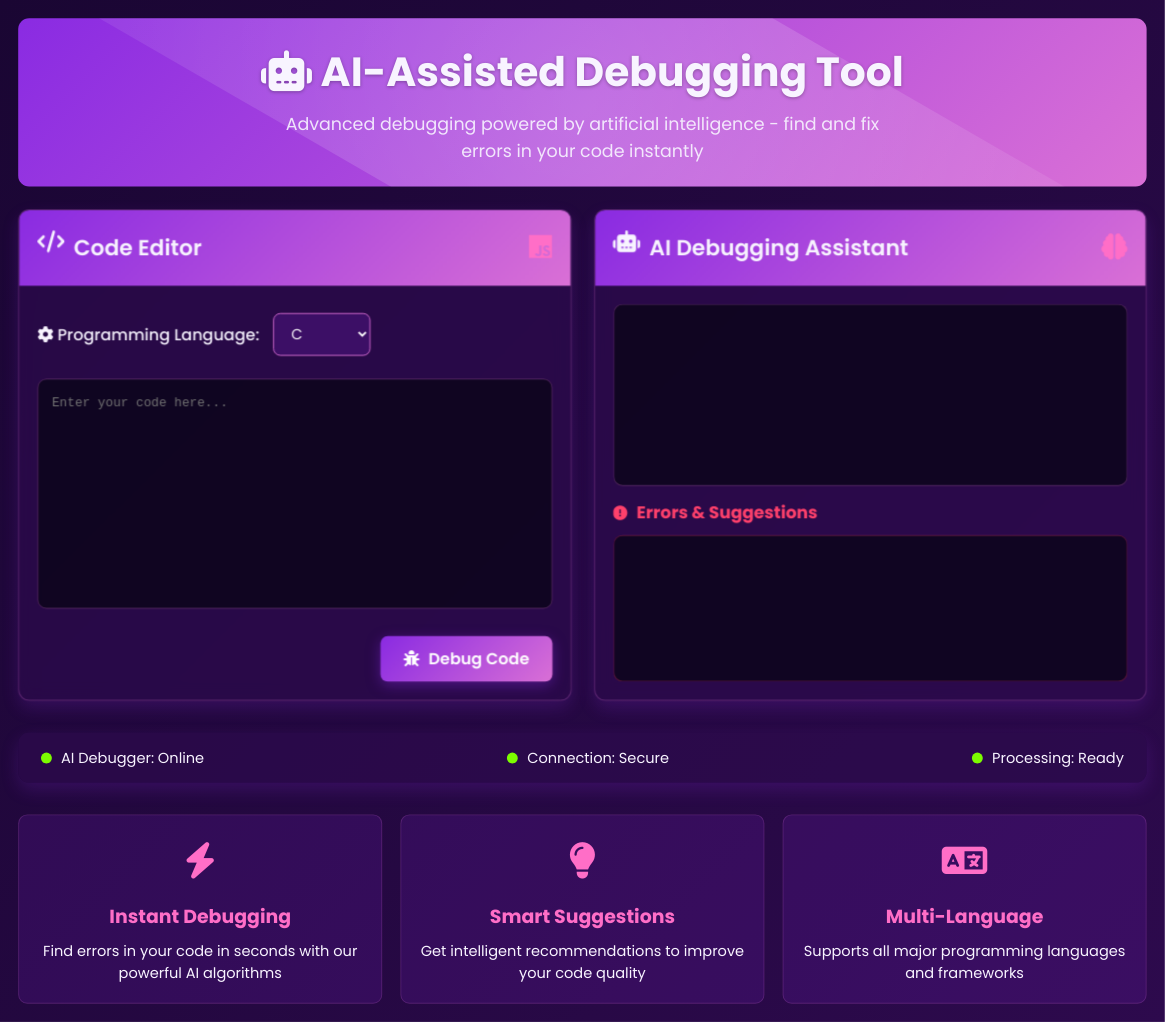
Repository: ujjwalkathait/AI-Asissted_Debugging_tool
Page: Frontend/public/index.html
These files come from the project's save history. The page is drawn as it stood at one moment and after the next save; the edit follows.
The browser window is 1280 px wide. The pictures show the whole page, at 91% of full size.

Above is the page before, as saved 2025-07-13 22:51:04.

### Frontend/public/index.html
<!DOCTYPE html>
<html lang="en">
<head>
    <meta charset="UTF-8">
    <meta name="viewport" content="width=device-width, initial-scale=1.0">
    <title>AI-Assisted Debugging Tool</title>
    <link href="https://fonts.googleapis.com/css2?family=Poppins:wght@300;400;500;600;700&display=swap" rel="stylesheet">
    <link rel="stylesheet" href="https://cdnjs.cloudflare.com/ajax/libs/font-awesome/6.4.0/css/all.min.css">
    <link rel="stylesheet" href="style.css">
</head>
<body>
    <div class="container">
        <header>
            <h1><i class="fas fa-robot"></i> AI-Assisted Debugging Tool</h1>
            <p>Advanced debugging powered by artificial intelligence - find and fix errors in your code instantly</p>
        </header>

        <div class="main-content">
            <div class="panel">
                <div class="panel-header">
                    <div class="panel-title">
                        <i class="fas fa-code floating"></i>
                        <span>Code Editor</span>
                    </div>
                    <div class="language-icon">
                        <i class="fab fa-js"></i>
                    </div>
                </div>
                <div class="panel-body">
                    <div class="editor-container">
                        <div class="language-selector">
                            <label for="language-select"><i class="fas fa-cog"></i> Programming Language:</label>
                            <select id="language-select">
                                <option>C</option>
                                <option>C++</option>
                                <option>Python</option>
                                <option>Java</option>
                            </select>
                        </div>
                        <textarea class="code-editor" id="code-input" placeholder="Enter your code here..."></textarea>
                        <button class="debug-btn" id="debug-button">
                            <i class="fas fa-bug"></i> Debug Code
                        </button>
                    </div>
                </div>
            </div>

            <div class="panel">
                <div class="panel-header">
                    <div class="panel-title">
                        <i class="fas fa-robot floating"></i>
                        <span>AI Debugging Assistant</span>
                    </div>
                    <div class="language-icon">
                        <i class="fas fa-brain"></i>
                    </div>
                </div>
                <div class="panel-body">
                    <div class="output-container">
                        <div class="ai-output" id="debug-output">
</div>

                        <div class="error-container">
                            <div class="error-header">
                                <i class="fas fa-exclamation-circle"></i>
                                <h3>Errors & Suggestions</h3>
                            </div>
                            <div class="error-box" id="error-output"></div>
                        </div>
                    </div>
                </div>
            </div>
        </div>

        <div class="status-bar">
            <div class="status-item">
                <div class="status-indicator"></div>
                <span>AI Debugger: Online</span>
            </div>
            <div class="status-item">
                <div class="status-indicator"></div>
                <span>Connection: Secure</span>
            </div>
            <div class="status-item">
                <div class="status-indicator"></div>
                <span>Processing: Ready</span>
            </div>
        </div>

        <div class="feature-grid">
            <div class="feature-card">
                <div class="feature-icon">
                    <i class="fas fa-bolt"></i>
                </div>
                <h3>Instant Debugging</h3>
                <p>Find errors in your code in seconds with our powerful AI algorithms</p>
            </div>
            <div class="feature-card">
                <div class="feature-icon">
                    <i class="fas fa-lightbulb"></i>
                </div>
                <h3>Smart Suggestions</h3>
                <p>Get intelligent recommendations to improve your code quality</p>
            </div>
            <div class="feature-card">
                <div class="feature-icon">
                    <i class="fas fa-language"></i>
                </div>
                <h3>Multi-Language</h3>
                <p>Supports all major programming languages and frameworks</p>
            </div>
        </div>
    </div>

    <script src="script.js"></script>
</body>
</html>

### Frontend/public/style.css
:root {
    --primary: #8A2BE2;
    --secondary: #DA70D6;
    --accent: #FF6EC7;
    --dark: #2D0A4D;
    --light: #F8F4FF;
    --text: #4A2A7C;
    --success: #7CFC00;
    --error: #FF416C;
    --border-radius: 12px;
    --transition: all 0.3s ease;
    --box-shadow: 0 8px 20px rgba(138, 43, 226, 0.2);
    --gradient: linear-gradient(135deg, var(--primary), var(--secondary));
}

* {
    margin: 0;
    padding: 0;
    box-sizing: border-box;
    font-family: 'Poppins', sans-serif;
}

body {
    background: linear-gradient(135deg, #1a0633, #2d0a4d);
    color: var(--light);
    min-height: 100vh;
    padding: 20px;
    display: flex;
    justify-content: center;
    align-items: center;
}

.container {
    width: 100%;
    max-width: 1600px;
    display: flex;
    flex-direction: column;
    gap: 25px;
}

header {
    text-align: center;
    padding: 25px;
    background: var(--gradient);
    border-radius: var(--border-radius);
    box-shadow: var(--box-shadow);
    animation: pulse 3s infinite;
    position: relative;
    overflow: hidden;
}

header::before {
    content: "";
    position: absolute;
    top: -50%;
    left: -50%;
    width: 200%;
    height: 200%;
    background: radial-gradient(circle, rgba(255,255,255,0.2) 0%, rgba(255,255,255,0) 70%);
    transform: rotate(30deg);
}

header h1 {
    font-size: 2.8rem;
    font-weight: 700;
    margin-bottom: 10px;
    text-shadow: 0 2px 4px rgba(0,0,0,0.3);
    position: relative;
}

header p {
    font-size: 1.2rem;
    opacity: 0.9;
    max-width: 700px;
    margin: 0 auto;
    position: relative;
}

.main-content {
    display: flex;
    gap: 25px;
    height: 75vh;
}

.panel {
    background: rgba(45, 10, 77, 0.7);
    backdrop-filter: blur(10px);
    border-radius: var(--border-radius);
    box-shadow: var(--box-shadow);
    overflow: hidden;
    display: flex;
    flex-direction: column;
    border: 1px solid rgba(218, 112, 214, 0.3);
    flex: 1;
}

.panel-header {
    padding: 20px;
    background: var(--gradient);
    display: flex;
    justify-content: space-between;
    align-items: center;
}

.panel-title {
    font-size: 1.5rem;
    font-weight: 600;
    display: flex;
    align-items: center;
    gap: 10px;
}

.panel-body {
    padding: 20px;
    flex: 1;
    display: flex;
    flex-direction: column;
    overflow: hidden;
}

.editor-container {
    flex: 1;
    display: flex;
    flex-direction: column;
    gap: 15px;
}

.language-selector {
    display: flex;
    align-items: center;
    gap: 15px;
    padding: 10px 0;
}

.language-selector label {
    font-size: 1.1rem;
    font-weight: 500;
}

select {
    padding: 10px 15px;
    background: rgba(138, 43, 226, 0.2);
    border: 1px solid var(--secondary);
    border-radius: 8px;
    color: white;
    font-size: 1rem;
    cursor: pointer;
    transition: var(--transition);
    outline: none;
}

select:focus {
    box-shadow: 0 0 0 3px rgba(218, 112, 214, 0.4);
}

.code-editor {
    flex: 1;
    background: rgba(10, 5, 25, 0.8);
    border-radius: 10px;
    border: 1px solid rgba(218, 112, 214, 0.3);
    padding: 15px;
    font-family: 'Courier New', monospace;
    font-size: 14px;
    color: #E6D4FF;
    line-height: 1.5;
    resize: none;
    transition: var(--transition);
}

.code-editor:focus {
    border-color: var(--accent);
    box-shadow: 0 0 0 3px rgba(255, 110, 199, 0.2);
}

.debug-btn {
    padding: 12px 25px;
    background: var(--gradient);
    color: white;
    border: none;
    border-radius: 8px;
    font-size: 1.1rem;
    font-weight: 600;
    cursor: pointer;
    transition: var(--transition);
    display: flex;
    align-items: center;
    justify-content: center;
    gap: 10px;
    margin-top: 15px;
    align-self: flex-end;
    box-shadow: 0 4px 15px rgba(138, 43, 226, 0.4);
}

.debug-btn:hover {
    transform: translateY(-3px);
    box-shadow: 0 6px 20px rgba(138, 43, 226, 0.6);
}

.debug-btn:active {
    transform: translateY(1px);
}

.output-container {
    flex: 1;
    display: flex;
    flex-direction: column;
    gap: 15px;
    overflow: hidden;
}

.ai-output {
    flex: 1;
    background: rgba(10, 5, 25, 0.8);
    border-radius: 10px;
    border: 1px solid rgba(218, 112, 214, 0.3);
    padding: 15px;
    font-family: 'Courier New', monospace;
    font-size: 14px;
    color: #E6D4FF;
    line-height: 1.5;
    overflow-y: auto;
}

.error-container {
    display: flex;
    flex-direction: column;
    gap: 10px;
    height: 200px;
}

.error-header {
    display: flex;
    align-items: center;
    gap: 10px;
    color: var(--error);
}

.error-box {
    flex: 1;
    background: rgba(10, 5, 25, 0.8);
    border-radius: 10px;
    border: 1px solid rgba(255, 65, 108, 0.3);
    padding: 15px;
    font-family: 'Courier New', monospace;
    font-size: 14px;
    color: #FFA8BA;
    line-height: 1.5;
    overflow-y: auto;
}

.status-bar {
    display: flex;
    justify-content: space-between;
    padding: 15px 25px;
    background: rgba(45, 10, 77, 0.7);
    border-radius: var(--border-radius);
    box-shadow: var(--box-shadow);
    margin-top: 10px;
}

.status-item {
    display: flex;
    align-items: center;
    gap: 10px;
}

.status-indicator {
    width: 12px;
    height: 12px;
    border-radius: 50%;
    background: var(--success);
}

.status-indicator.error {
    background: var(--error);
}

.language-icon {
    font-size: 1.8rem;
    color: var(--accent);
}

.feature-grid {
    display: grid;
    grid-template-columns: repeat(3, 1fr);
    gap: 20px;
    margin-top: 10px;
}

.feature-card {
    background: rgba(138, 43, 226, 0.15);
    border-radius: 10px;
    padding: 20px;
    text-align: center;
    transition: var(--transition);
    border: 1px solid rgba(218, 112, 214, 0.2);
}

.feature-card:hover {
    transform: translateY(-5px);
    background: rgba(138, 43, 226, 0.25);
    box-shadow: 0 8px 20px rgba(138, 43, 226, 0.3);
}

.feature-icon {
    font-size: 2.5rem;
    color: var(--accent);
    margin-bottom: 15px;
}

.feature-card h3 {
    font-size: 1.3rem;
    margin-bottom: 10px;
    color: var(--accent);
}

/* Animations */
@keyframes pulse {
    0% { box-shadow: 0 0 0 0 rgba(138, 43, 226, 0.6); }
    70% { box-shadow: 0 0 0 15px rgba(138, 43, 226, 0); }
    100% { box-shadow: 0 0 0 0 rgba(138, 43, 226, 0); }
}

@keyframes float {
    0% { transform: translateY(0px); }
    50% { transform: translateY(-10px); }
    100% { transform: translateY(0px); }
}

.floating {
    animation: float 3s ease-in-out infinite;
}

/* Scrollbar styling */
::-webkit-scrollbar {
    width: 8px;
}

::-webkit-scrollbar-track {
    background: rgba(45, 10, 77, 0.3);
    border-radius: 4px;
}

::-webkit-scrollbar-thumb {
    background: var(--secondary);
    border-radius: 4px;
}

::-webkit-scrollbar-thumb:hover {
    background: var(--accent);
}

/* Responsive design */
@media (max-width: 1200px) {
    .main-content {
        flex-direction: column;
        height: auto;
    }

    .feature-grid {
        grid-template-columns: repeat(2, 1fr);
    }
}

@media (max-width: 768px) {
    .feature-grid {
        grid-template-columns: 1fr;
    }

    header h1 {
        font-size: 2.2rem;
    }

    .panel-header {
        padding: 15px;
    }
}

### Frontend/public/script.js
// document.addEventListener('DOMContentLoaded', function () {
//     const debugBtn = document.getElementById('debug-button');
//     const codeInput = document.getElementById('code-input');
//     const debugOutput = document.getElementById('debug-output');
//     const errorOutput = document.getElementById('error-output');
//     const languageSelect = document.getElementById('language-select');
//     const languageIcon = document.querySelector('.language-icon i');

//     // Language icons mapping
//     const languageIcons = {
//         'JavaScript': 'fab fa-js',
//         'Python': 'fab fa-python',
//         'Java': 'fab fa-java',
//         'C++': 'fas fa-c++',
//         'C': 'fas fa-c',
//         'TypeScript': 'fas fa-code',
//         'PHP': 'fab fa-php',
//         'Ruby': 'fas fa-gem'
//     };

//     // Update language icon when selection changes
//     languageSelect.addEventListener('change', function () {
//         const lang = this.value;
//         languageIcon.className = languageIcons[lang] || 'fas fa-code';
//     });

//     // Debug button functionality
//     debugBtn.addEventListener('click', async function () {
//         const code = codeInput.value.trim();
//         const language = languageSelect.value;

//         if (!code) {
//             errorOutput.innerHTML = `<pre style="color:orange;">⚠️ Please enter some code before debugging.</pre>`;
//             return;
//         }

//         // UI feedback
//         debugBtn.innerHTML = '<i class="fas fa-spinner fa-spin"></i> Debugging...';
//         debugBtn.disabled = true;
//         debugOutput.textContent = '';
//         errorOutput.innerHTML = '';

//         try {
//             const response = await fetch("http://localhost:3000/debug", {
//                 method: "POST",
//                 headers: {
//                     "Content-Type": "application/json"
//                 },
//                 body: JSON.stringify({ code, language })
//             });

//             if (!response.ok) {
//                 throw new Error("Server error while debugging.");
//             }

//             const result = await response.json();

//             // Show corrected code
//             // debugOutput.textContent = result.fixedCode || "// No corrections found.";
//             debugOutput.innerHTML = `<pre>${result.fixedCode || "// No corrections found."}</pre>`;


//             // Show errors or success
//             if (result.errors) {
//                 errorOutput.innerHTML = `<pre style="color:red;">${result.errors}</pre>`;
//             } else {
//                 errorOutput.innerHTML = `<pre style="color:lightgreen;">✅ No syntax errors detected.</pre>`;
//             }

//         } catch (err) {
//             errorOutput.innerHTML = `<pre style="color:red;">⚠️ Error: ${err.message}</pre>`;
//         } finally {
//             // Reset button state
//             debugBtn.innerHTML = '<i class="fas fa-bug"></i> Debug Code';
//             debugBtn.disabled = false;
//             debugBtn.style.background = 'linear-gradient(135deg, #00c853, #7cfc00)';
//             setTimeout(() => {
//                 debugBtn.style.background = 'var(--gradient)';
//             }, 2000);
//         }
//     });

//     // Add example code on first click (optional)
//     codeInput.addEventListener('click', function () {
//         if (this.value === '') {
//             this.value = '';
//         }
//     });
// });

document.addEventListener('DOMContentLoaded', function () {
    const debugBtn = document.getElementById('debug-button');
    const codeInput = document.getElementById('code-input');
    const debugOutput = document.getElementById('debug-output');
    const errorOutput = document.getElementById('error-output');
    const languageSelect = document.getElementById('language-select');
    const languageIcon = document.querySelector('.language-icon i');

    const languageIcons = {
        'JavaScript': 'fab fa-js',
        'Python': 'fab fa-python',
        'Java': 'fab fa-java',
        'C++': 'fas fa-c++',
        'C': 'fas fa-c',
        'TypeScript': 'fas fa-code',
        'PHP': 'fab fa-php',
        'Ruby': 'fas fa-gem'
    };

    languageSelect.addEventListener('change', function () {
        const lang = this.value;
        languageIcon.className = languageIcons[lang] || 'fas fa-code';
    });

    debugBtn.addEventListener('click', async function () {
        const code = codeInput.value.trim();
        const language = languageSelect.value;

        if (!code) {
            errorOutput.innerHTML = `<pre style="color:orange;">⚠️ Please enter some code before debugging.</pre>`;
            return;
        }

        debugBtn.innerHTML = '<i class="fas fa-spinner fa-spin"></i> Debugging...';
        debugBtn.disabled = true;
        debugOutput.textContent = '';
        errorOutput.innerHTML = '';

        try {
            const response = await fetch("http://localhost:3000/debug", {
                method: "POST",
                headers: {
                    "Content-Type": "application/json"
                },
                body: JSON.stringify({ code, language })
            });

            if (!response.ok) {
                throw new Error("Server error while debugging.");
            }

            const result = await response.json();

            debugOutput.innerHTML = `<pre>${result.fixedCode || "// No corrections found."}</pre>`;

            if (result.errors) {
                errorOutput.innerHTML = `<pre style="color:red;">${result.errors}</pre>`;
            } else {
                errorOutput.innerHTML = `<pre style="color:lightgreen;">✅ No syntax errors detected.</pre>`;
            }

            if (result.explanation) {
                errorOutput.innerHTML += `<br><pre style="color:deepskyblue;">💡 Gemini says: ${result.explanation}</pre>`;
            }

        } catch (err) {
            errorOutput.innerHTML = `<pre style="color:red;">⚠️ Error: ${err.message}</pre>`;
        } finally {
            debugBtn.innerHTML = '<i class="fas fa-bug"></i> Debug Code';
            debugBtn.disabled = false;
            debugBtn.style.background = 'linear-gradient(135deg, #00c853, #7cfc00)';
            setTimeout(() => {
                debugBtn.style.background = 'var(--gradient)';
            }, 2000);
        }
    });

    codeInput.addEventListener('click', function () {
        if (this.value === '') {
            this.value = '';
        }
    });
});

After the next save:
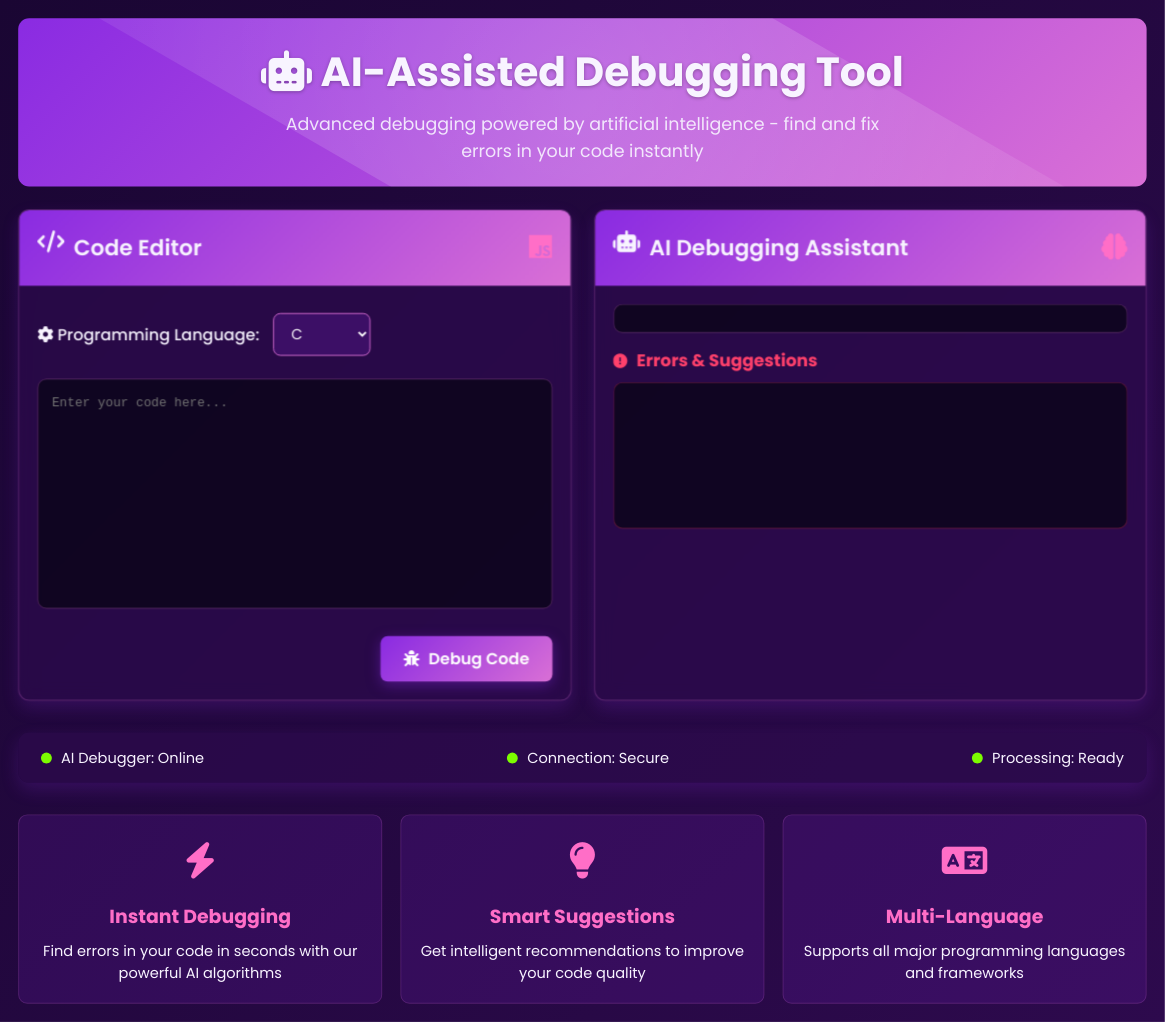
Saved 13 s later.
--- a/Frontend/public/style.css
+++ b/Frontend/public/style.css
@@ -209,7 +209,6 @@
 }
 
 .ai-output {
-    flex: 1;
     background: rgba(10, 5, 25, 0.8);
     border-radius: 10px;
     border: 1px solid rgba(218, 112, 214, 0.3);

After the 4 saves that followed:
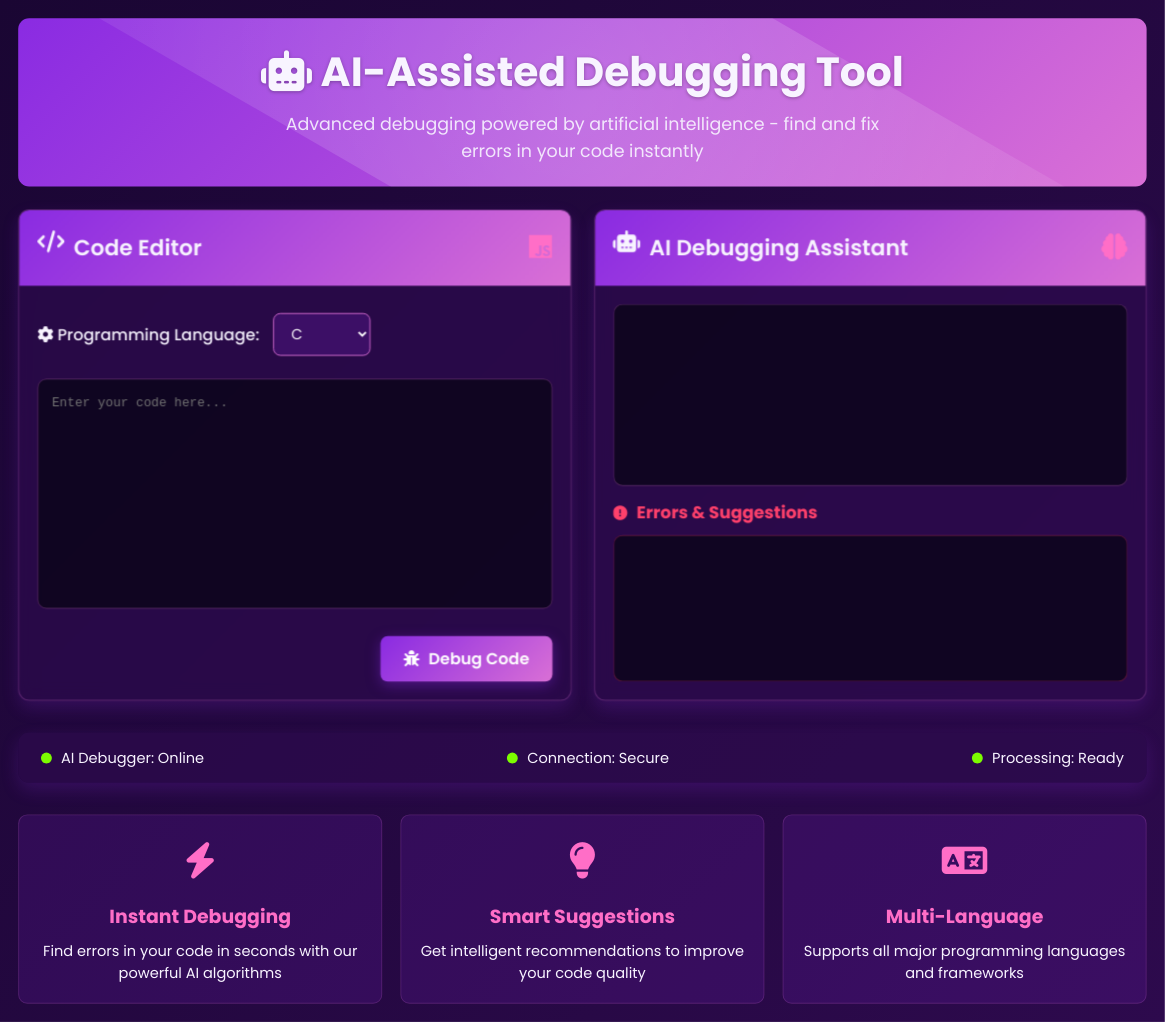
The 4 saves are shown as one change because they came seconds apart.
The last was saved 13 s later.
--- a/Frontend/public/style.css
+++ b/Frontend/public/style.css
@@ -218,6 +218,7 @@
     color: #E6D4FF;
     line-height: 1.5;
     overflow-y: auto;
+    height: 200px;
 }
 
 .error-container {
